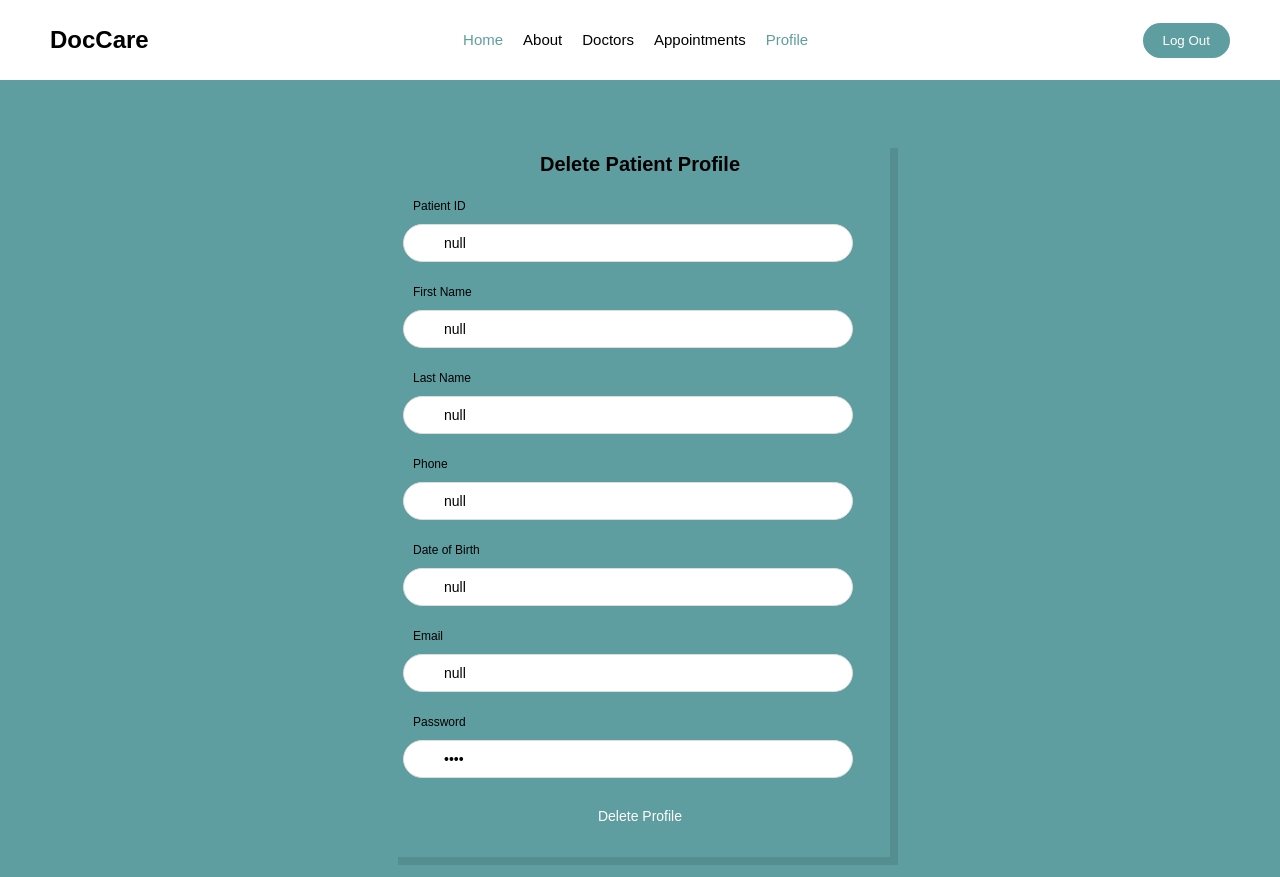
Repository: MonaliWatareka/echanneling
Page: http://localhost/PatientDemo/patientAccountDelete.jsp
An editor plug-in stored every save of this project. The page is shown before and after the next save, followed by the edit.
The browser window is 1280 px wide. The pictures show the whole page.
The page is served by Tomcat 10. Other server files are loaded and not shown.

Above is the page before, as saved 2024-10-13 04:44:17.

### Project/PatientDemo/src/main/webapp/patientAccountDelete.jsp
<%@ page language="java" contentType="text/html; charset=UTF-8"
    pageEncoding="UTF-8"%>
<!DOCTYPE html>
<html lang="en">
<head>
    <meta charset="UTF-8">
    <meta name="viewport" content="width=device-width, initial-scale=1.0">
    <title>Delete Patient Profile</title>
   <link rel="stylesheet" href="${pageContext.request.contextPath}/css/login.css">
   <style>

        body {
            background-color:  cadetblue;

        }
        .form-box{
        }

    </style>
</head>
<body>

    <!-- Navigation Bar -->
    <div class="nav">
        <div class="nav-logo">
            <p>DocCare</p>
        </div>
        <div class="nav-menu">
            <ul>
                <li><a href="Home.jsp" class="link active" >Home</a></li>
                    <li><a href="About.jsp" class="link ">About</a></li>
                    <li><a href="AvailabilityDisplayServlet" class="link ">Doctors</a></li>
                    <li><a href="#" class="link ">Appointments</a></li>
                    <li><a href="PatientAccServlet" class="link active">Profile</a></li>
            </ul>
        </div>
        <div class="nav-button">
                    <form action="logoutServlet" method="get">
                        <button type="submit" class="btn">Log Out</button>
                    </form>
                </div>
    </div>


    <%
    	String id=request.getParameter("id");
    	String fname=request.getParameter("fname");
    	String lname=request.getParameter("lname");
    	String phone=request.getParameter("phone");
    	String dob=request.getParameter("dob");
    	String email=request.getParameter("email");
    	String password=request.getParameter("password");

    %>

    <div class="wrapper">

            <div class="form-box">
                <div class="form-container">
                    <header>Delete Patient Profile</header>
                    <form action="PatientDeleteAccServlet" method="post">
                        <div class="input-box">
                            <label>Patient ID</label>
                            <input type="text" class="input-field" name="patientID" value="<%=id %>" readonly>
                        </div>

                        <div class="input-box">
                            <label>First Name</label>
                            <input type="text" class="input-field" name="patientFName" value="<%=fname %>" readonly>
                        </div>

                        <div class="input-box">
                            <label>Last Name</label>
                            <input type="text" class="input-field" name="patientLName" value="<%=lname %>" readonly>
                        </div>

                        <div class="input-box">
                            <label>Phone</label>
                            <input type="text" class="input-field" name="patientPhone" value="<%=phone %>" readonly>
                        </div>

                        <div class="input-box">
                            <label>Date of Birth</label>
                            <input type="text" class="input-field" name="patientDOB" value="<%=dob %>" readonly>
                        </div>

                        <div class="input-box">
                            <label>Email</label>
                            <input type="email" class="input-field" name="patientEmail" value="<%=email %>" readonly>
                        </div>

                        <div class="input-box">
                            <label>Password</label>
                            <input type="password" class="input-field" name="patientPassword" value="<%=password %>" readonly>
                        </div>

                        <div class="input-box">
                            <input type="submit" class="submit" value="Delete Profile">
                        </div>




                            </form>
                        </div>

                </div>
            </div>
</body>
</html>

### Project/PatientDemo/src/main/webapp/css/login.css

* {
    margin: 0;
    padding: 0;
    box-sizing: border-box;
    font-family: 'Arial', sans-serif;
}

body {

    background-color:  #1ebcb4 ;
    display: flex;
    flex-direction: column;
    justify-content: flex-start;
    align-items: center;
    height: 100vh;
}

/* Navigation Bar */
.nav {
    width: 100%;
    height: 80px;
    background:rgb(255, 255, 255);
    display: flex;
    justify-content: space-between;
    align-items: center;
    padding: 0 50px;
    position: fixed;
    top: 0;
    left: 0;
    z-index: 100;
}

.nav-logo p {
    color: #000000;
    font-size: 24px;
    font-weight: bold;
}

.nav-menu ul {
    list-style: none;
    display: flex;
}

.nav-menu ul li {
    margin-right: 20px;
}

.nav-menu ul li a {
    color: #000000;
    text-decoration: none;
    font-size: 15px;
    transition: color 0.3s ease;
}

.nav-menu ul li a:hover,
.nav-menu ul li a.active {
    color:cadetblue;
}

.nav-button .btn {
    background-color: cadetblue;
    color: #fff;
    padding: 10px 20px;
    border: none;
    cursor: pointer;
    border-radius: 30px;
    transition: background-color 0.3s ease;
}

.nav-button .btn:hover {
    background-color: lightblue;
}

/* Wrapper and Form Styles */
.wrapper {

    width: 90%;
    max-width: 400px;
    padding: 20px;
    border: none;
    position: relative;
    margin-top: 120px;
    display: flex;
    justify-content: center;
    align-items: center;
    flex-direction: column;

}

.form-box {
    width: 500px;
    position: relative;

}

header {
    font-size: 20px;
    margin-top: 10px;
    font-weight: bold;
    margin-bottom: 20px;
    text-align: center;
}
label{
    font-size: 12px;
    margin-left: 10px;

}
.input-box {
    position: relative;

    margin-bottom: 20px;
}

.input-box i {
    position: absolute;
    left: 10px;
    top: 20px;
    color: #888;
}

.input-field {
    width: 95%;
    margin-top: 10px;
    padding: 10px 40px;
    border: 1px solid #ddd;
    border-radius: 25px;
    font-size: 14px;
}

.submit {
    width: 100%;
    padding: 10px;
    background-color: cadetblue;
    color: #fff;
    border: none;
    border-radius: 25px;
    cursor: pointer;
    font-size: 14px;
    transition: background-color 0.3s ease;
}

.submit:hover {
    background-color: lightblue;
}

.login-container,
.register-container {
    display: none;
    position: absolute;
    width: 100%;
    border: cadetblue solid;
    border-radius: 25px;
    padding: 20px;
    box-shadow: 8px 8px rgba(0, 0, 0, 0.1);

}
.form-container{

    width: 100%;
    max-width: 500px;
    margin: 0 auto;
    border: cadetblue solid;

    padding: 20px;
    box-shadow: 8px 8px rgba(0, 0, 0, 0.1);
    display: flex;
    flex-direction: column;
    padding: 0 10px;

}


.login-container.active,
.register-container.active {
    display: block;

}
.input-box select.input-field {
    padding: 10px 40px;
    -webkit-appearance: none; /* Remove default dropdown arrow appearance in WebKit browsers */
    -moz-appearance: none; /* Remove default dropdown arrow appearance in Mozilla browsers */
    appearance: none; /* Remove default dropdown arrow appearance in all browsers */
}
span {

    font-size: 20px;
    display: block;
    margin-bottom: 20px;
    text-align: center;
}

span a {
    color: cadetblue;
    cursor: pointer;
    text-decoration: none;
}

span a:hover {
    text-decoration: underline;
}

@media (max-width: 768px) {
    .nav {
        padding: 0 20px; /* Reduced padding for smaller screens */
        height: 60px; /* Adjusted height */
    }

    .nav-logo p {
        font-size: 20px; /* Smaller font size for logo */
    }

    .nav-menu ul li {
        margin-right: 10px; /* Reduced margin for menu items */
    }

    .nav-menu ul li a {
        font-size: 10px; /* Smaller font size for links */
    }

    .wrapper {
        width: 90%;
        margin-top: 100px; /* Adjust margin to fit screen */
    }

    header {
        font-size: 24px; /* Smaller font size for header */
    }

    .input-field {
        font-size: 14px; /* Smaller font size for input fields */
    }

    .submit {
        font-size: 14px; /* Smaller font size for submit button */
    }

    span {
        font-size: 15x; /* Smaller font size for span */
    }
}

@media (max-width: 480px) {
    .nav {
        padding: 0 10px; /* Further reduced padding for very small screens */
        height: 50px; /* Adjusted height */
    }

    .nav-logo p {
        font-size: 18px; /* Even smaller font size for logo */
    }

    .nav-menu ul li {
        margin-right: 5px; /* Further reduced margin for menu items */
    }

    .nav-menu ul li a {
        font-size: 8px; /* Even smaller font size for links */
    }

    .wrapper {
        margin-top: 80px; /* Further adjusted margin */
    }

    header {
        font-size: 20px; /* Smaller font size for header */
    }

    .input-field {
        font-size: 12px; /* Smaller font size for input fields */
    }

    .submit {
        font-size: 12px; /* Smaller font size for submit button */
    }

    span {
        font-size: 18px; /* Smaller font size for span */
    }
}

After the next save:
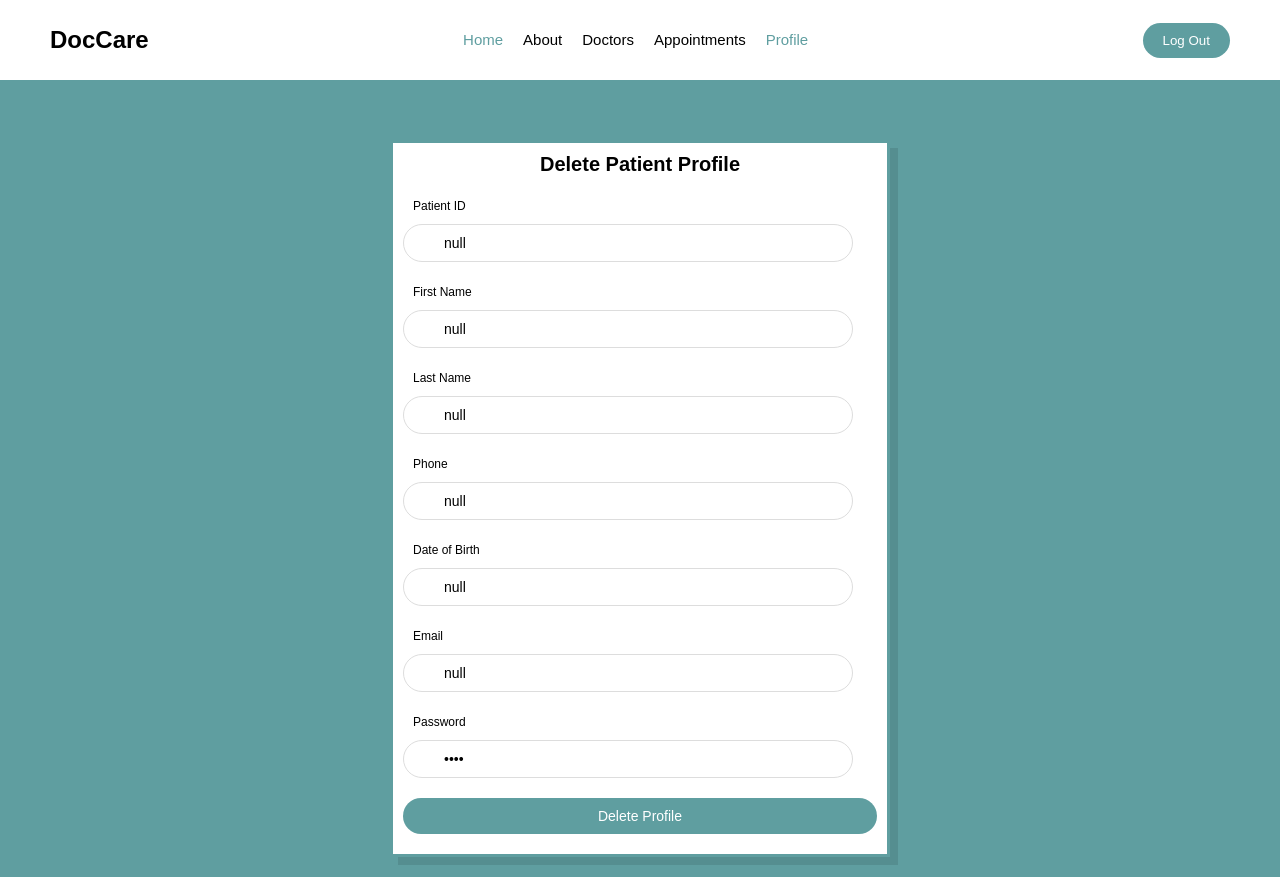
Saved 40 s later.
--- a/Project/PatientDemo/src/main/webapp/patientAccountDelete.jsp
+++ b/Project/PatientDemo/src/main/webapp/patientAccountDelete.jsp
@@ -14,6 +14,7 @@
 
         }
         .form-box{
+         background-color: #fff;
         }
 
     </style>
